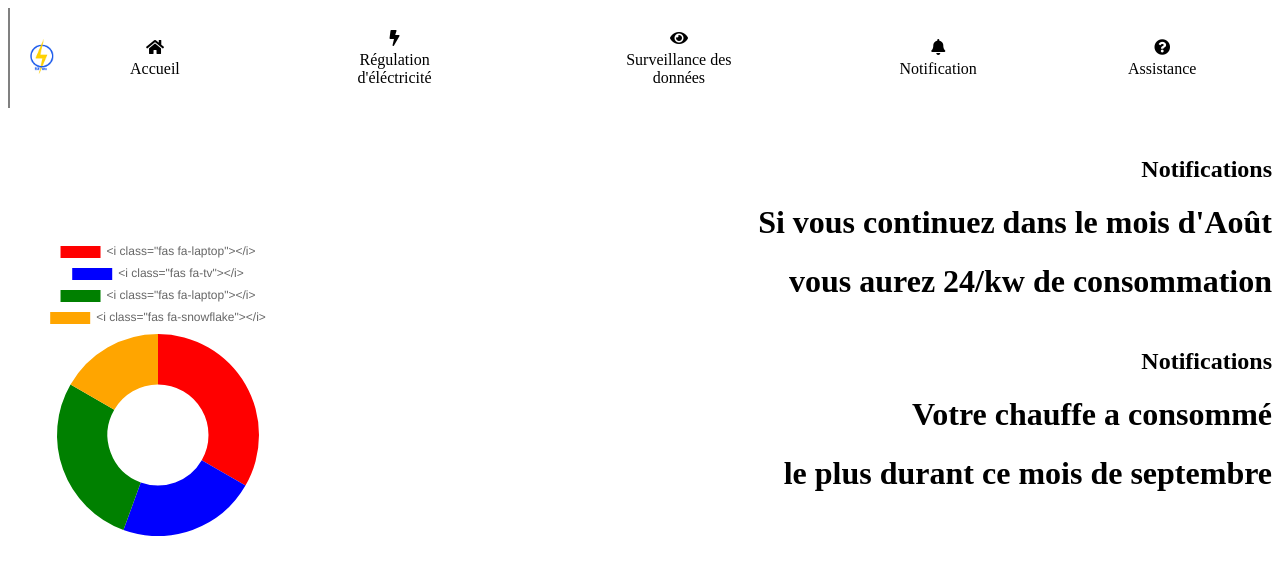
Repository: hamdia200/OSC-Ecowiz
Page: http://localhost/accueil
An editor plug-in stored every save of this project. The page is shown before and after a run of saves, followed by the edit.
The browser window is 1280 px wide. The pictures show the whole page.
The page is served by the project's Laravel application, run on PHP 8.4 with Laravel 10.

Above is the page before, as saved 2023-08-18 13:30:51.

After the next 2 saves:
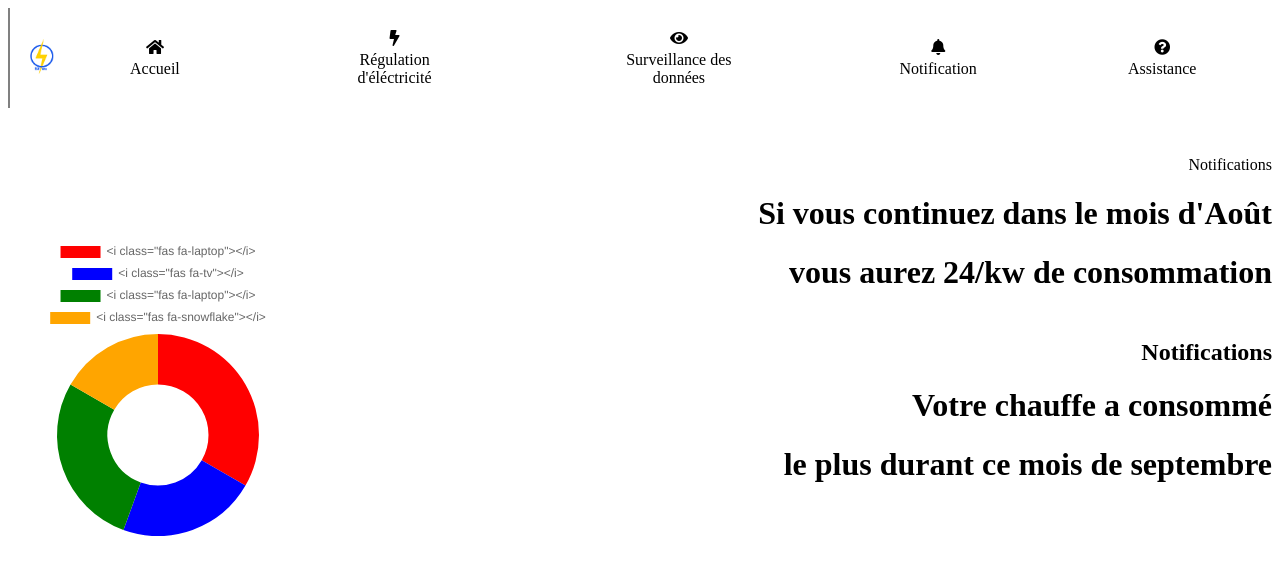
The 2 saves are shown as one change because they came seconds apart.
The last was saved 110 s later.
--- a/resources/views/accueil.blade.php
+++ b/resources/views/accueil.blade.php
@@ -50,7 +50,7 @@
                 <div class="row">
                     <div class="col-xl-3">
                         <div class="notifications1">
-                            <h2 class="alert">Notifications</h2>
+                            <div class="alert">Notifications</div>
                             <ul id="notificationList">
                                 <h1> Si vous continuez dans le mois d'Août </h1> <h1> vous aurez 24/kw de consommation </h1>
                             </ul>
